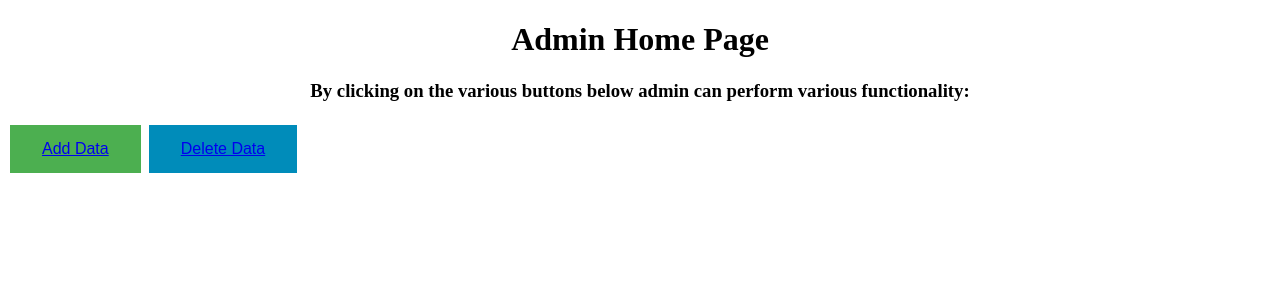
Repository: Shreya200012/FoodBox
Page: http://localhost/foodWeb/adminhome.jsp
An editor plug-in stored every save of this project. The page is shown before and after the next save, followed by the edit.
The browser window is 1280 px wide. The pictures show the whole page.
The page is served by Tomcat 9.

Above is the page before, as saved 2022-06-14 13:09:26.

After the next save:
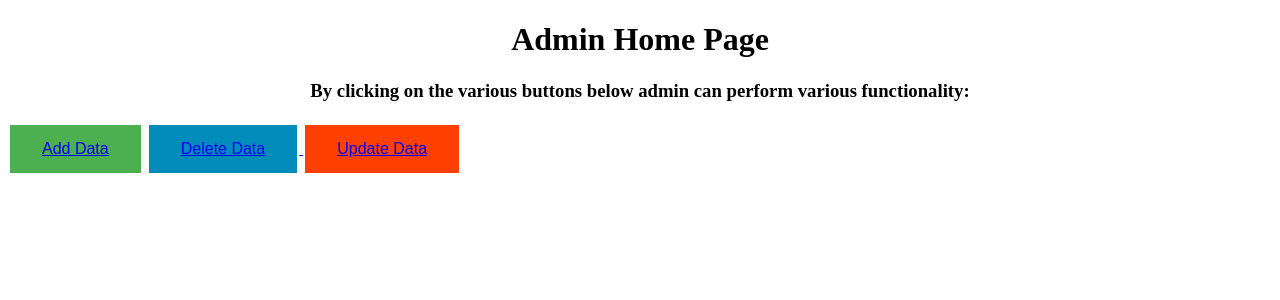
Saved 7 min 21 s later.
--- a/foodWeb/src/main/webapp/adminhome.jsp
+++ b/foodWeb/src/main/webapp/adminhome.jsp
@@ -20,6 +20,7 @@
 
 .button1 {background-color: #4CAF50;} /* Green */
 .button2 {background-color: #008CBA;} /* Blue */
+.button3 {background-color: #ff4000;}
 </style>
 </head>
 <body>
@@ -29,6 +30,7 @@
 
 <button class="button button1 " ><a href="addData.jsp">Add Data</a></button>
 <button class="button button2 " ><a href="deleteData.jsp">Delete Data</button>
+<button class="button button3 " ><a href="updateData.jsp">Update Data</button>
 
 </body>
 </html>
